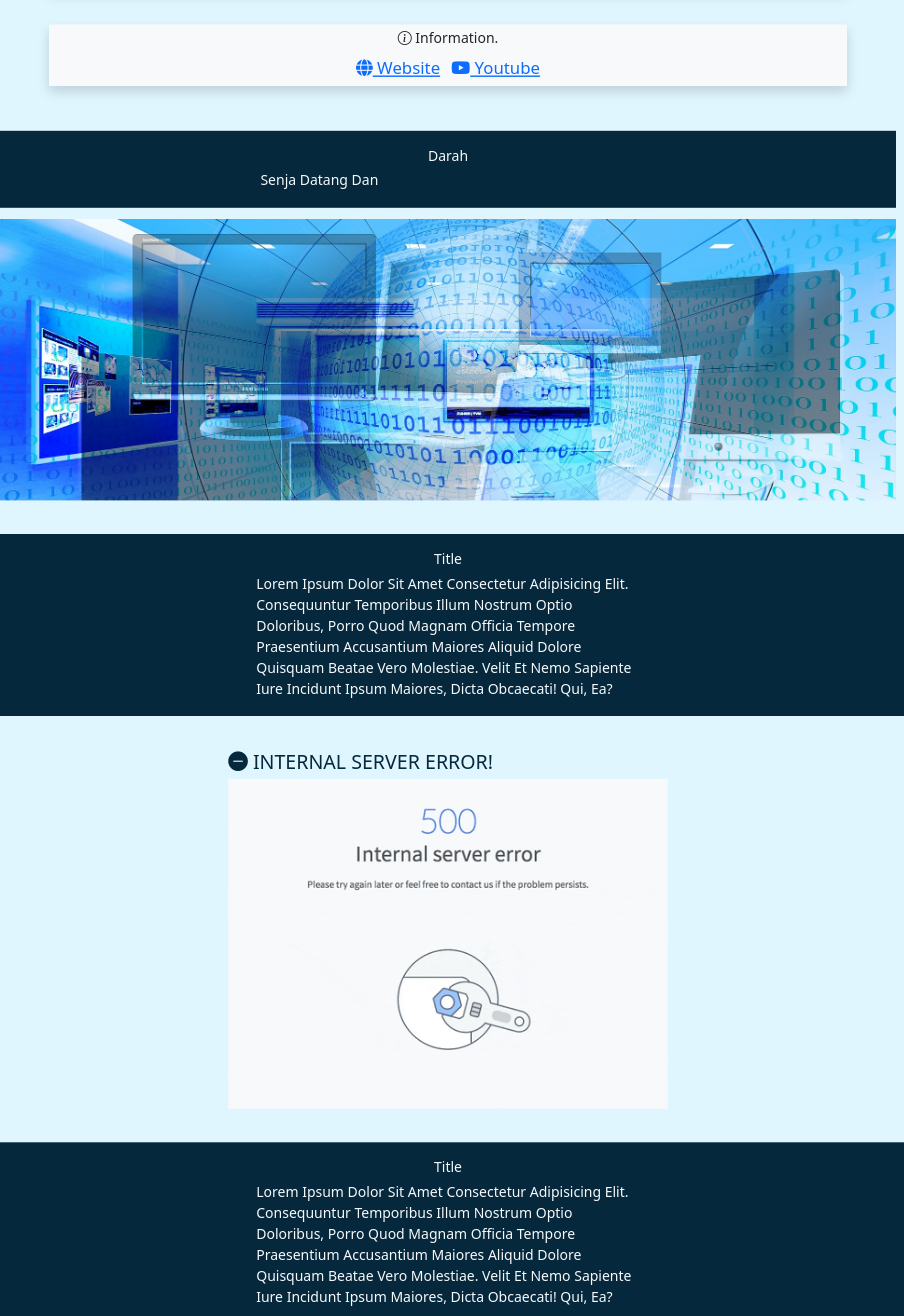
Repository: initer3737/initer3737.github.io
Page: index.html
An editor plug-in stored every save of this project. The page is shown before and after the next save, followed by the edit.
The browser window is 1280 px wide. The page is 1292 px wide, so the pictures cover 1292 px, including what lies to the right of the window. The pictures show the part of the page from y = 1227 to 3107 px (the page is 4557 px tall before and 4587 px after), at 70% of full size.
Some web libraries are served in a nearby version.

Above is the page before, as saved 2022-06-12 22:54:00.
Console error: TypeError: Cannot set properties of null (setting 'innerHTML')

### index.html
<!DOCTYPE html>
<html lang="en">
<head>
    <meta charset="UTF-8">
    <meta http-equiv="X-UA-Compatible" content="IE=edge">
    <meta name="viewport" content="width=device-width, initial-scale=1.0">
    <title>puthut wahyu aji</title>
    <link href="https://cdn.jsdelivr.net/npm/bootstrap@5.0.2/dist/css/bootstrap.min.css" rel="stylesheet" integrity="sha384-EVSTQN3/azprG1Anm3QDgpJLIm9Nao0Yz1ztcQTwFspd3yD65VohhpuuCOmLASjC" crossorigin="anonymous">
    <script src="https://kit.fontawesome.com/7bb1ae10af.js" crossorigin="anonymous"></script>
<!-- bootstrap icon -->
<link rel="stylesheet" href="https://cdn.jsdelivr.net/npm/bootstrap-icons@1.8.3/font/bootstrap-icons.css">

    <link rel="stylesheet" href="css/style.css">
</head>
<body class="bg-1">
    <header class=" bg-1">
         <img src="img/banner-982162_1920.jpg" alt="" class="img-fluid w-100" srcset="">
    </header>
    <div class="container bg-light shadow rounded  d-flex flex-column gap-4 justify-content-center align-content-center align-items-center p-2">
        <div class="row d-flex align-content-center align-items-center">
            <div class="col-12">
               <div class="bg-primary text-capitalize d-flex justify-content-start">
                <p id="fulldate" class="h4 text-light p-2"></p>
               </div>
            </div>
            <div class="col-10 col-md-5 col-lg-4">
               <div class="card shadow m-2 p-1 position-relative">
                <video src="img/Earth - 4788.mp4" loop muted autoplay class="w-100 rounded-pill py-5 px-2"></video>
                <div class="filter2"></div>
               </div>
            </div>
            <div class="col-10 col-md-9 col-lg-8">
               <h5 class="text-capitalize"><i class="bi bi-medium"></i> social media.</h5>
               <div class="d-flex flex-row align-content-center align-items-center gap-3">
                <div class="d-flex flex-column fs-4">
                    <a href="https://www.instagram.com/puthutwahyuaji/" target="_blank" class="text-capitalize"><i class="fa-brands fa-instagram"></i> instagram</a>
                    <!-- <a href="https://www.facebook.com/puthut.wahyuaji.94/" target="_blank" class="text-capitalize"><i class="fa-brands fa-facebook"></i> facebook</a>
                    <a href="https://twitter.com/puthut_wahkyu" target="_blank" class="text-capitalize"><i class="fa-brands fa-twitter"></i> twitter</a> -->
                    <!-- <a href="https://www.sololearn.com/profile/22926925" target="_blank" class="text-capitalize"><i class="fa-solid fa-globe"></i> sololearn</a> -->
                    <!-- <a href="https://www.duolingo.com/profile/PUTHUTWAHY" target="_blank" class="text-capitalize"><i class="fa-solid fa-globe"></i> duolingo</a> -->
                    <a href="https://github.com/initer3737" target="_blank" class="text-capitalize"><i class="fa-brands fa-github"></i> github</a>
                </div>
                <div class=""><a href="game.html" class="btn btn-outline-primary rounded-pill px-5 py-2"><i class="bi bi-controller"></i> Game</a></div>
            </div>
            </div>
        </div>
    </div>
    <!-- https://www.fiverr.com/share/lYqN8j -->
    <div class="container bg-light shadow mt-5 d-flex flex-column gap-1 justify-content-center align-content-center align-items-center p-2">
        <h5><i class="fa-solid fa-briefcase"></i> framework.</h5>
            <h3><i class="fa-brands fa-laravel text-danger"></i> laravel</h3>
            <h3><i class="fa-brands fa-bootstrap text-primary"></i> bootstrap 5</h3>
        </div>
    </div>

    <div class="container bg-light shadow mt-5 d-flex flex-column  justify-content-center align-content-center align-items-center p-2">
        <h5><i class="bi bi-code-slash"></i> language.</h5>
            <h3><i class="fa-brands fa-php php"></i> php</h3>
            <h3><i class="fa-brands fa-js-square javascript"></i> javascript</h3>
            <h3><i class="fa-solid fa-database mysql"></i> mysql</h3>
            <h3><i class="fa-brands fa-html5 html"></i> html 5</h3>
            <h3><i class="fa-brands fa-css3-alt css"></i> css</h3>
        </div>

        <!-- <div class="container bg-light shadow mt-5 d-flex flex-column  justify-content-center align-content-center align-items-center p-2">
            <h5 class="capitalize">Hire me on.</h5>
            <div class="d-flex flex-column fs-4">
                <a href="https://www.upwork.com/workwith/puthutwahyuaji" target="_blank"><i class="fa-solid fa-briefcase"></i> upwork.com</a>
                <a href="https://www.fiverr.com/share/lYqN8j" target="_blank"><i class="fa-solid fa-briefcase"></i> fiver.com</a>
            </div>
            </div> -->

    </div>

    <div class="container bg-light shadow mt-5 d-flex flex-column gap-1 justify-content-center align-content-center align-items-center p-2">
        <h5><i class="bi bi-info-circle"></i> information.</h5>
        <div class="fs-4 d-flex gap-3">
            <a href="https://initer3737.github.io/course/html/pages/course.html" target="_blank"><i class="fa-solid fa-globe"></i> website</a>
            <a href="https://www.youtube.com/channel/UClsfa0LkA3_YMsFjW1M__sw" target="_blank"><i class="fa-brands fa-youtube"></i> youtube</a>
        </div>
    </div>

    <footer class="mt-3 text-light">
       <div class="row">
        <div class="col-12">
            <div class="col-12 mt-5 m-auto bg-4 text-light px-2 py-4">
                <div class="text-center fw-bolder"><h5>darah</h5></div>
                <div class="text-start fs-5 px-5 col-12 col-md-6 m-auto">
                   senja datang dan
                </div>
              </div>
            <img src="img/banner-909710_1920.jpg" class="img-fluid w-100 mt-3" alt="">
           </div>
           <div class="col-12 mt-5 m-auto bg-4 text-light px-2 py-4">
             <div class="text-center "><h5>title</h5></div>
             <div class="text-start fs-5 px-5 col-12 col-md-6 m-auto">
                Lorem ipsum dolor sit amet consectetur adipisicing elit. Consequuntur temporibus illum nostrum optio doloribus, porro quod magnam officia tempore praesentium accusantium maiores aliquid dolore quisquam beatae vero molestiae. Velit et nemo sapiente iure incidunt ipsum maiores, dicta obcaecati! Qui, ea?
             </div>
           </div>
           <div class="col-6 mt-5 m-auto">
            <div class="d-flex flex-row flex-wrap">
                <h3 class="color-4"><i class="bi bi-dash-circle-fill"></i> INTERNAL SERVER ERROR!</h3>
                <img src="img/giphy.gif" class="img-fluid w-100" alt="">
            </div>
           </div>
           <div class="col-12 mt-5 m-auto bg-4 text-light px-2 py-4">
            <div class="text-center "><h5>title</h5></div>
            <div class="text-start fs-5 px-5 col-12 col-md-6 m-auto">
               Lorem ipsum dolor sit amet consectetur adipisicing elit. Consequuntur temporibus illum nostrum optio doloribus, porro quod magnam officia tempore praesentium accusantium maiores aliquid dolore quisquam beatae vero molestiae. Velit et nemo sapiente iure incidunt ipsum maiores, dicta obcaecati! Qui, ea?
            </div>
          </div>
           <div class="col-12 mt-4">
            <img src="img/gears-1311171_1920.jpg" class="img-fluid w-100" alt="">
           </div>
           <div class="col-12 mt-5 m-auto bg-4 text-light px-2 py-4">
            <div class="text-center "><h5>title</h5></div>
            <div class="text-start fs-5 px-5 col-12 col-md-6 m-auto">
               Lorem ipsum dolor sit amet consectetur adipisicing elit. Consequuntur temporibus illum nostrum optio doloribus, porro quod magnam officia tempore praesentium accusantium maiores aliquid dolore quisquam beatae vero molestiae. Velit et nemo sapiente iure incidunt ipsum maiores, dicta obcaecati! Qui, ea?
            </div>
          </div>
           <div class="col-6 mt-5 m-auto">
            <div class="d-flex flex-row flex-wrap">
                <h3 class="color-4"><i class="bi bi-send-fill"></i> sending files!</h3>
                <img src="img/giphy (1).gif" class="img-fluid w-100" alt="">
            </div>
           </div>
           <div class="col-12 mt-5 m-auto bg-4 text-light mb-3 px-2 py-4">
            <div class="text-center "><h5>title</h5></div>
            <div class="text-start fs-5 px-5 col-12 col-md-6  m-auto">
               Lorem ipsum dolor sit amet consectetur adipisicing elit. Consequuntur temporibus illum nostrum optio doloribus, porro quod magnam officia tempore praesentium accusantium maiores aliquid dolore quisquam beatae vero molestiae. Velit et nemo sapiente iure incidunt ipsum maiores, dicta obcaecati! Qui, ea?
            </div>
          </div>
       </div>
    </footer>
    <script src="https://cdn.jsdelivr.net/npm/bootstrap@5.0.2/dist/js/bootstrap.bundle.min.js" integrity="sha384-MrcW6ZMFYlzcLA8Nl+NtUVF0sA7MsXsP1UyJoMp4YLEuNSfAP+JcXn/tWtIaxVXM" crossorigin="anonymous"></script>
</body>
</html>

<script>
    function Years() {
        $date=new Date();
        let t=document.getElementById('year');
        t.innerHTML=`${$date.getFullYear()} - ${$date.getFullYear()+5}`;
    }
    function Jam(){
        let T=document.getElementById('jam');
        let time=new Date();let hour;let minuets;let second;let statusTime;
        hour=validateTime(time.getHours());minuets=validateTime(time.getMinutes());second=validateTime(time.getSeconds());statusTime=()=>{
            if(hour > 00 &&hour < 11 ){
                status="pagi";
            }else if(hour >11 && hour < 15){
                status="siang";
            }else if(hour > 15 && hour < 18 ){
                status="sore";
            }else{
                status="malam";
            }

            return status;
        };
        T.innerHTML=`${hour}:${minuets}:${second} : ${statusTime()}`;
        setTimeout('Jam()',1000);
    }
    function Tanggal(){
        let t=document.getElementById("fulldate");
        let time=new Date();
        let hari;let bulan;let tanggal;let tahun;let hariAngka=time.getDate();
        tahun=time.getFullYear();bulan=time.getMonth();hari=time.getDay();
        let data={
            hari:["minggu","senin","selasa","rabu","kamis","jum'at","sabtu"],
            bulan:["januari","february","maret","april","mei","juni","juli","agustus","september","oktober","november","desember"]
        };
         t.innerHTML=`${data.hari[hari]}  ${hariAngka}  ${data.bulan[bulan]}  ${tahun}`;
    }
    const validateTime=(T)=>T<10 ?'0'+T:T;

    const initialize=()=>{
                Tanggal();
                Years();
                Jam();
            }

            initialize();
</script>

### css/style.css
*{
    text-transform: capitalize;
   cursor: url(https://ani.cursors-4u.net/cursors/cur-13/cur1162.ani), url(https://ani.cursors-4u.net/cursors/cur-13/cur1162.png), auto !important;
}
body{
    cursor: url('img/cursor.jpeg'),auto;
    /* background-color: #ddd; */
}
a:hover{
    transition:ease-in-out 0.5s;
    color: blueviolet;
    text-decoration: none;
}
.css{
    color: dodgerblue;
    background-color:white ;
}
.html{
    color: orange;
    background-color: white;
}
.mysql{
    background-color:white ;
    color: blue;
}
.javascript{
    background-color:rgb(51, 51, 9) ;
    color: yellow;
}
.php{
    background-color:indigo ;
    color: white;
}
header{
    /* height: 90vh; */
    display: flex;
    align-items: center;
    align-content: center;
    justify-content: center;
}
.filter{
    background-color: dodgerblue;
    opacity: 0.6;
    height: 100%;
    top: 0;
    width: 100%;
    position: absolute;
}
.text-container{
    z-index: 999;
}
.card:hover{
    /* border-color: dodgerblue; */
    background-color: dodgerblue;
    transform: perspective(12px);
    cursor: pointer;
}
.gambar{
    background-image: #000;
}

/*color pallete*/
.color-1{
    color:#DFF6FF;
}
.bg-1{
    background-color:#DFF6FF;
}

.color-2{
    color:#47B5FF;
}
.bg-2{
    background-color:#47B5FF;
}

.color-3{
    color:#1363DF;
}
.bg-3{
    background-color:#1363DF;
}

.color-4{
    color:#06283D;
}
.bg-4{
    background-color:#06283D;
}

After the next save:
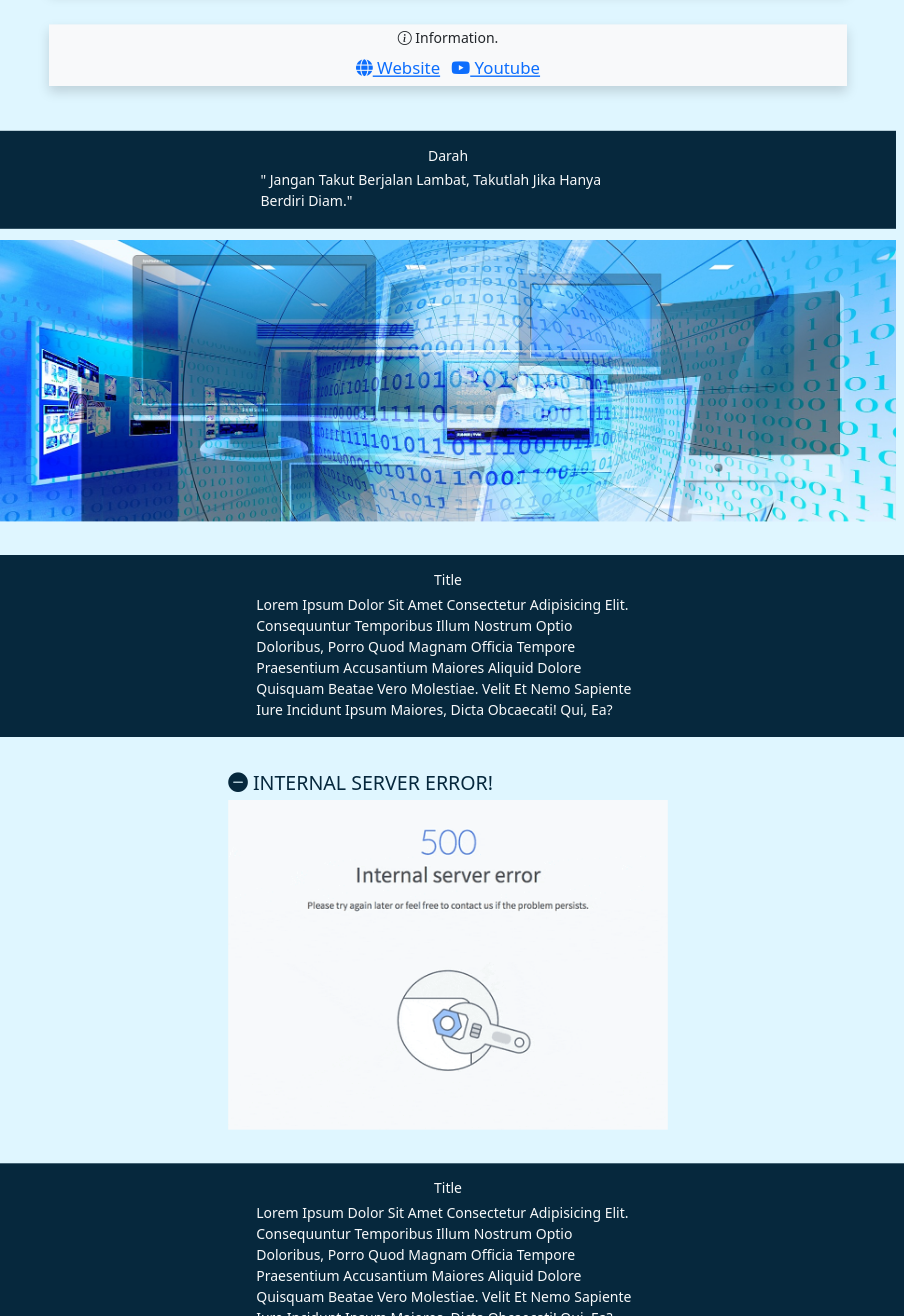
Saved 4 min 53 s later.
--- a/index.html
+++ b/index.html
@@ -86,7 +86,7 @@
             <div class="col-12 mt-5 m-auto bg-4 text-light px-2 py-4">
                 <div class="text-center fw-bolder"><h5>darah</h5></div>
                 <div class="text-start fs-5 px-5 col-12 col-md-6 m-auto">
-                   senja datang dan
+                    " Jangan takut berjalan lambat, takutlah jika hanya berdiri diam."
                 </div>
               </div>
             <img src="img/banner-909710_1920.jpg" class="img-fluid w-100 mt-3" alt="">
